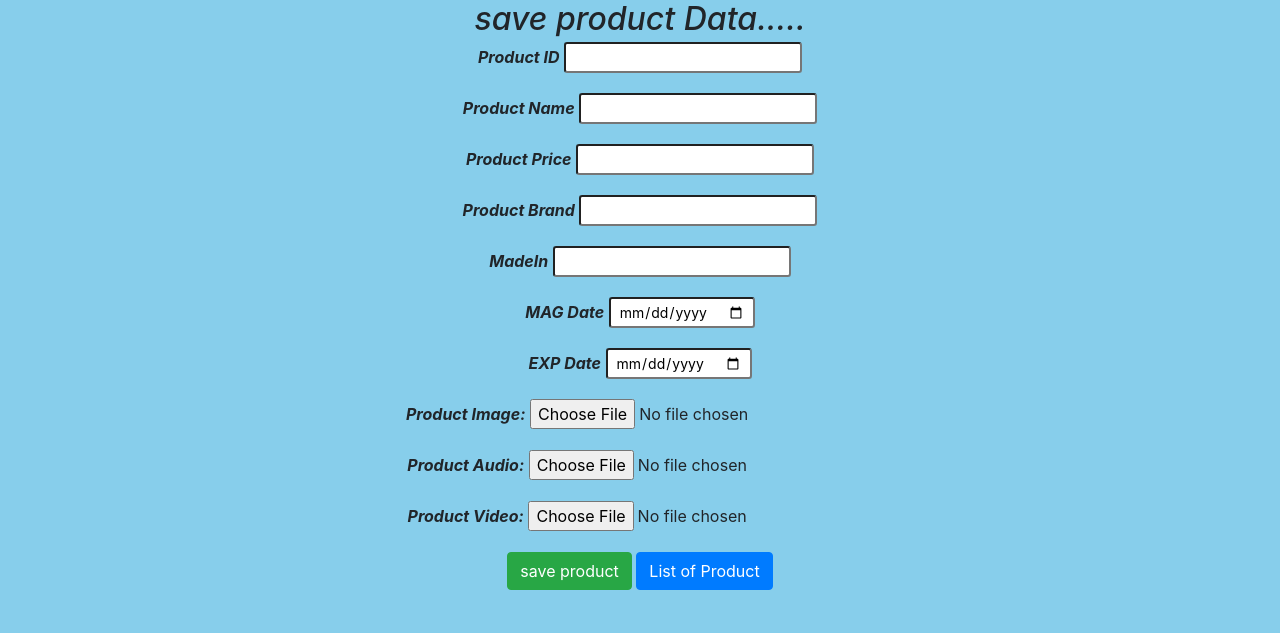
Repository: jrajesh111/Adv-java
Page: ProductAppproject/src/main/webapp/add-product.html
An editor plug-in stored every save of this project. The page is shown before and after the next save, followed by the edit.
The browser window is 1280 px wide. The pictures show the whole page.

Above is the page before, as saved 2024-03-10 13:38:25.

### ProductAppproject/src/main/webapp/add-product.html

<html>
<head>
	<title>Add Product</title>
	<!-- BootStrap CDN link TO GET THE SUPPURT Bootstrap-->
	<link rel="stylesheet"
		href="https://cdn.jsdelivr.net/npm/bootstrap@4.6.0/dist/css/bootstrap.min.css" rel="stylesheet">

	<!-- This is java script validation code location -->
	<script type="text/javascript"   src="formvalidation.js" >

	</script>
</head>
<body style="background-color: skyblue;">

	<div class="container mt-10 text-center">
		<h2 class="text-center font-italic mb-1">save product Data.....</h2>

		<form method="post" action="./AddProductServlet" enctype="multipart/form-data" onsubmit="return validateForm()">

		<div class="form-group">
		<label class="font-italic font-weight-bold" for="proId">Product ID </label>
		<input type="text" class="form-control-sm" id="proId" name="proId" required>
		</div>

		<div class="form-group">
		<label class="font-italic font-weight-bold" for="proName">Product Name </label>
		<input type="text" class="form-control-sm" id="proName" name="proName" required>
		</div>


		<div class="form-group">
		<label class="font-italic font-weight-bold" for="proPrice">Product Price </label>
		<input type="text" class="form-control-sm" id="proPrice" name="proPrice" required>
		</div>

		<div class="form-group">
		<label class="font-italic font-weight-bold" for="proBrand">Product Brand </label>
		<input type="text" class="form-control-sm" id="proBrand" name="proBrand" required>
		</div>


		<div class="form-group">
		<label class="font-italic font-weight-bold" for="proMadeIn">MadeIn </label>
		<input type="text" class="form-control-sm" id="proMadeIn" name="proMadeIn" required>
		</div>


		<div class="form-group">
		<label class="font-italic font-weight-bold" for="Manufacturing Date">MAG Date </label>
		<input type="date" class="form-control-sm" id="Manufacturing Date" name="MfgDate" required>
		</div>


		<div class="form-group">
		<label class="font-italic font-weight-bold" for="Expiry Date">EXP Date </label>
		<input type="date" class="form-control-sm" id="Expiry Date" name="ExpiryDate" required>
		</div>




		<div class="form-group">
		<label class="font-italic font-weight-bold" for="proImage" > Product Image:</label>
		<input type="file" class="form-control-file-sm" id="proImage" name="proImage" accept="image/*" required >
		</div>


		<div class="form-group">
		<label class="font-italic font-weight-bold" for="proAudio" > Product Audio:</label>
		<input type="file" class="form-control-file-sm" id="proAudio" name="proAudio" accept="audio/*" required >
		</div>

		<div class="form-group">
		<label class="font-italic font-weight-bold" for="proVideo" > Product Video:</label>
		<input type="file" class="form-control-file-sm" id="proVideo" name="proVideo" accept="video/*" required >
		</div>

		<div >
		<input type="submit" class="btn btn-success" value="save product">
		<a href="productList.jsp" class="btn btn-primary"> List of Product</a>
		</div>
		</form>
	</div>
</body>
</html>

### ProductAppproject/src/main/webapp/formvalidation.js
function validateForm()
{
	//Read the form data
	var proId=document.getElementById("proId").value;
	var proName=document.getElementById("proName").value;
	var proPrice=document.getElementById("proPrice").value;
	var proBrand=document.getElementById("proBrand").value;
	var proMadeIn=document.getElementById("proMadeIn").value;

	if(proId.trim()=== "" || proName.trim()=== ""||proPrice.trim()=== ""||proBrand.trim()=== ""||proMadeIn.trim()=== "")
	{
		alert("All fields must be filled out");
	    return false;
	}
	if(parseFloat(proPrice)<0)
	{
		alert("proPrice must be a non-negative value");
		return false;
	}
	if(proName.length>50 || proBrand.length>50)
	{
		alert("Product name and proBrand must be less than 50 charecters");
		return false;
	}
	//get the mfg & exp dates
	var proMfgDate=document.getElementById("proMfgDate").value;
	var proExpDate =document.getElementById("proExpDate").value;

	//convert into date format
	var manufacturingDateObj=new Date(proMfgDate);
	var expiryDateObj=new Date(proExpDate);

	//check the validation of dates
	if(manufacturingDateObj>expiryDateObj)
	{
		alert("Manufacturing date cannot be greater than expiry date.");
		return false;
	}
	return true;
}

After the next save:
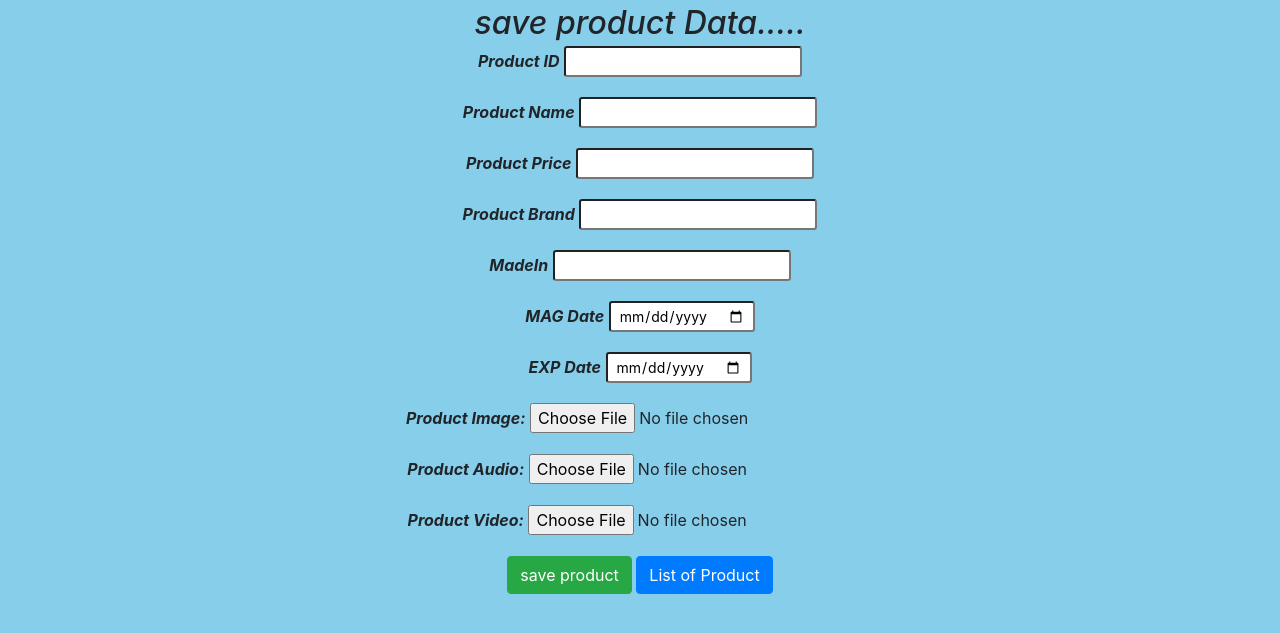
Saved 16 s later.
--- a/ProductAppproject/src/main/webapp/add-product.html
+++ b/ProductAppproject/src/main/webapp/add-product.html
@@ -13,7 +13,7 @@
 </head>
 <body style="background-color: skyblue;">
 
-	<div class="container mt-10 text-center">
+	<div class="container mt-1 text-center">
 		<h2 class="text-center font-italic mb-1">save product Data.....</h2>
 
 		<form method="post" action="./AddProductServlet" enctype="multipart/form-data" onsubmit="return validateForm()">
